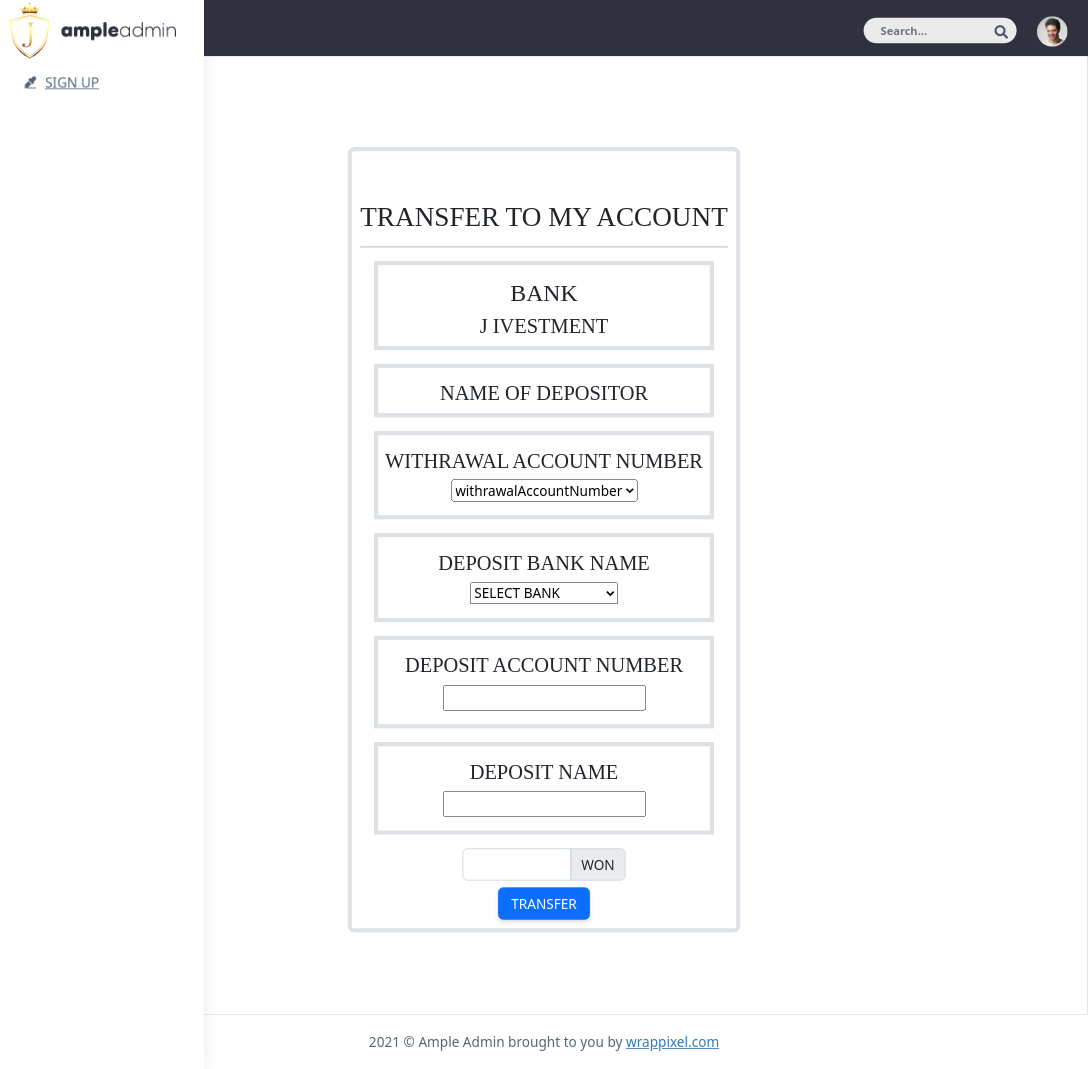
Repository: chopilyeon/HanaOpenBanking
Page: http://localhost/OpenBanking/jsp/bank/transferToOtherAccount.jsp
These files come from the project's save history. The page is drawn as it stood at one moment and after the next save; the edit follows.
The browser window is 1280 px wide. The pictures show the whole page, at 85% of full size.
Some web fonts or font styles are not loaded; a fallback is used. The page is served by Tomcat 9. Other server files are loaded and not shown.

Above is the page before, as saved 2022-07-19 00:13:19.
Console error: TypeError: Cannot read properties of null (reading 'querySelector')

### OpenBanking/src/main/webapp/jsp/bank/transferToOtherAccount.jsp
<%@ page language="java" contentType="text/html; charset=UTF-8"
    pageEncoding="UTF-8"%>
<%@ taglib prefix="c" uri="http://java.sun.com/jsp/jstl/core" %>
<!DOCTYPE html>
<html>
<head>
<meta charset="utf-8">
    <meta http-equiv="X-UA-Compatible" content="IE=edge">
    <!-- Tell the browser to be responsive to screen width -->
    <meta name="viewport" content="width=device-width, initial-scale=1">
    <meta name="keywords"
        content="wrappixel, admin dashboard, html css dashboard, web dashboard, bootstrap 5 admin, bootstrap 5, css3 dashboard, bootstrap 5 dashboard, Ample lite admin bootstrap 5 dashboard, frontend, responsive bootstrap 5 admin template, Ample admin lite dashboard bootstrap 5 dashboard template">
    <meta name="description"
        content="Ample Admin Lite is powerful and clean admin dashboard template, inpired from Bootstrap Framework">
    <meta name="robots" content="noindex,nofollow">
    <title>J investment bank</title>
    <link rel="canonical" href="https://www.wrappixel.com/templates/ample-admin-lite/" />
    <!-- Favicon icon -->
    <link rel="icon" type="image/png" sizes="16x16" href="/OpenBanking/resources/images/favicon.png">
    <!-- Custom CSS -->
    <link href="/OpenBanking/resources/css/chartist.min.css" rel="stylesheet">
    <link rel="stylesheet" href="/OpenBanking/resources/css/chartist-plugin-tooltip.css">
    <!-- Custom CSS -->
    <link href="/OpenBanking/resources/css/style.min.css" rel="stylesheet">
    <link href="/OpenBanking/resources/css/onlyForMe.css" rel="stylesheet">
    <!-- CSS only -->
    <link href="https://cdn.jsdelivr.net/npm/bootstrap@5.2.0-beta1/dist/css/bootstrap.min.css" rel="stylesheet" integrity="sha384-0evHe/X+R7YkIZDRvuzKMRqM+OrBnVFBL6DOitfPri4tjfHxaWutUpFmBp4vmVor" crossorigin="anonymous">



<!-- JavaScript Bundle with Popper -->
<script src="https://cdn.jsdelivr.net/npm/bootstrap@5.2.0-beta1/dist/js/bootstrap.bundle.min.js" integrity="sha384-pprn3073KE6tl6bjs2QrFaJGz5/SUsLqktiwsUTF55Jfv3qYSDhgCecCxMW52nD2" crossorigin="anonymous"></script>

 <!-- FONT -->
<link rel="preconnect" href="https://fonts.googleapis.com">
<link rel="preconnect" href="https://fonts.gstatic.com" crossorigin>
<link href="https://fonts.googleapis.com/css2?family=Libre+Baskerville:ital@1&display=swap" rel="stylesheet">

</head>
<body>


	<jsp:include page="/jsp/include/topAndSide.jsp" />

	<section>


<form class="border">
<input type="hidden" name ="withrawalName" value="${userVO.name}">
	<div class="social-box m-5 p-5">
	    <div class="container  d-flex justify-content-center">
	     	<div class="row">
			    <div class="col-lg-12 col-xs-12 text-center">
					<div class="box border border-5 rounded-3 mt-3">
	                    <i class="fa fa-behance fa-3x" aria-hidden="true"></i>
						<div class="box-title">
							<h2>TRANSFER TO MY ACCOUNT</h2>
						</div>
						<hr>
						<div class="box-text m-3 border">
						<h3 class="mt-3">BANK</h3>
							<h4 >J IVESTMENT</h4>
						</div>
						<div class="box-text m-3 border">
						<h4 class="mt-3">NAME OF DEPOSITOR </h4>
							<h4>${userVO.name}</h4>
						</div>
						<div class="box-text m-3 border">
							<h4 class="mt-3">WITHRAWAL ACCOUNT NUMBER</h4>
							<select class="mb-3" name="withrawalAccountNumber">
								<option value="none">withrawalAccountNumber</option>
								<c:forEach items="${ bankList}" var="bankList">
									<c:choose>
										<c:when test="${userVO.openBanking eq 'Y'}">
											<option value="${bankList.accountNumber}">[${bankList.bankName}] ${bankList.accountNumber}</option>
										</c:when>
										<c:otherwise>
											<c:if test="${bankList.bankName eq 'J INVESTMENT BANK' }">
											<option value="${bankList.accountNumber}">[${bankList.bankName}] ${bankList.accountNumber}</option>
											</c:if>
										</c:otherwise>
									</c:choose>
								</c:forEach>
							</select>
						</div>
						<div class="box-text m-3 border">
						<h4 class="mt-3">DEPOSIT BANK NAME</h4>
							<select class="mb-3" name="depositBankName form-select">
								<option value="none">SELECT BANK</option>
								<option value="BYUNGKWAN_BANK">BYUNGKWAN_BANK</option>
								<option value="JUNGBIN_BANK">JUNGBIN_BANK</option>
								<option value="JIHUN_BANK">JIHUN_BANK</option>
							</select>
						</div>
						<div class="box-text m-3 border">
						<h4 class="mt-3">DEPOSIT ACCOUNT NUMBER</h4>
							<input type="text" name="depositAccountNumber" class="mb-3" >
						</div>
						<div class="box-text m-3 border">
						<h4 class="mt-3">DEPOSIT NAME</h4>
							<input type="text" name="depositName" class="mb-3" >
						</div>

						<div class="input-group container w-50">
 							 <input type="number" name="tranAmount" class="form-control" aria-label="Dollar amount (with dot and two decimal places)">
  							 <span class="input-group-text">WON</span>

						</div>
						<button type="SUBMIT" class="btn btn-primary mt-2 w-25">TRANSFER</button>

					</div>
				</div>
			</div>
		</div>
	</div>
</form>
















	</section>








	<jsp:include page="/jsp/include/footer.jsp" />









 <script src="/OpenBanking/resources/js/jquery.min.js"></script>
    <!-- Bootstrap tether Core JavaScript -->
    <script src="/OpenBanking/resources/js/bootstrap.bundle.min.js"></script>
    <script src="/OpenBanking/resources/js/app-style-switcher.js"></script>
    <script src="/OpenBanking/resources/js/jquery.sparkline.min.js"></script>
    <!--Wave Effects -->
    <script src="/OpenBanking/resources/js/waves.js"></script>
    <!--Menu sidebar -->
    <script src="/OpenBanking/resources/js/sidebarmenu.js"></script>
    <!--Custom JavaScript -->
    <script src="/OpenBanking/resources/js/custom.js"></script>
    <!--This page JavaScript -->
    <!--chartis chart-->
    <script src="/OpenBanking/resources/js/chartist.min.js"></script>
    <script src="/OpenBanking/resources/js/chartist-plugin-tooltip.min.js"></script>
    <script src="/OpenBanking/resources/js/dashboard1.js"></script>




</body>
</html>

### OpenBanking/src/main/webapp/jsp/include/topAndSide.jsp
<%@ page language="java" contentType="text/html; charset=UTF-8"
    pageEncoding="UTF-8"%>
<%@ taglib prefix="c" uri="http://java.sun.com/jsp/jstl/core" %>

  <!-- ============================================================== -->
    <!-- Preloader - style you can find in spinners.css -->
    <!-- ============================================================== -->
    <div class="preloader">
        <div class="lds-ripple">
            <div class="lds-pos"></div>
            <div class="lds-pos"></div>
        </div>
    </div>
    <!-- ============================================================== -->
    <!-- Main wrapper - style you can find in pages.scss -->
    <!-- ============================================================== -->
    <div id="main-wrapper" data-layout="vertical" data-navbarbg="skin5" data-sidebartype="full"
        data-sidebar-position="absolute" data-header-position="absolute" data-boxed-layout="full">
        <!-- ============================================================== -->
        <!-- Topbar header - style you can find in pages.scss -->
        <!-- ============================================================== -->
        <header class="topbar" data-navbarbg="skin5">
            <nav class="navbar top-navbar navbar-expand-md navbar-dark">
                <div class="navbar-header" data-logobg="skin6">
                    <!-- ============================================================== -->
                    <!-- Logo -->
                    <!-- ============================================================== -->
                    <a class="navbar-brand" href="${pageContext.request.contextPath}/welcome.do">
                        <!-- Logo icon -->
                        <b class="logo-icon">
                            <!-- Dark Logo icon -->
                            <img src="/OpenBanking/resources/images/J_LOGO.png" alt="homepage" width="50" class="rounded mx-auto d-block">
                        </b>
                        <!--End Logo icon -->
                        <!-- Logo text -->
                        <span class="logo-text">
                            <!-- dark Logo text -->
                            <img src="/OpenBanking/resources/images/logo-text.png" alt="homepage" />
                        </span>
                    </a>
                    <!-- ============================================================== -->
                    <!-- End Logo -->
                    <!-- ============================================================== -->
                    <!-- ============================================================== -->
                    <!-- toggle and nav items -->
                    <!-- ============================================================== -->
                    <a class="nav-toggler waves-effect waves-light text-dark d-block d-md-none"
                        href="javascript:void(0)"><i class="ti-menu ti-close"></i></a>
                </div>
                <!-- ============================================================== -->
                <!-- End Logo -->
                <!-- ============================================================== -->
                <div class="navbar-collapse collapse" id="navbarSupportedContent" data-navbarbg="skin5">

                    <!-- ============================================================== -->
                    <!-- Right side toggle and nav items -->
                    <!-- ============================================================== -->
                    <ul class="navbar-nav ms-auto d-flex align-items-center">

                        <!-- ============================================================== -->
                        <!-- Search -->
                        <!-- ============================================================== -->
                        <li class=" in">
                            <form role="search" class="app-search d-none d-md-block me-3">
                                <input type="text" placeholder="Search..." class="form-control mt-0">
                                <a href="#" class="active">
                                    <i class="fa fa-search"></i>
                                </a>
                            </form>
                        </li>
                        <!-- ============================================================== -->
                        <!-- User profile and search -->
                        <!-- ============================================================== -->
                        <li>
                            <a class="profile-pic" href="#">
                                <img src="/OpenBanking/resources/images/users/varun.jpg" alt="user-img" width="36"
                                    class="img-circle"><span class="text-white font-medium f-3">${userVO.id}</span></a>
                        </li>

                    <c:if test="${ not empty userVO }">
                        <li>
                            <a href="${pageContext.request.contextPath}/logout.do">
                              <button type="button" class="btn btn-primary btn-sm m-2">LOGOUT</button>
                            </a>
                        </li>

                	 </c:if>
                        <!-- ============================================================== -->
                        <!-- User profile and search -->
                        <!-- ============================================================== -->
                    </ul>
                </div>
            </nav>
        </header>
        <!-- ============================================================== -->
        <!-- End Topbar header -->
        <!-- ============================================================== -->
        <!-- ============================================================== -->
        <!-- Left Sidebar - style you can find in sidebar.scss  -->
        <!-- ============================================================== -->
        <aside class="left-sidebar" data-sidebarbg="skin6">
            <!-- Sidebar scroll-->
            <div class="scroll-sidebar">
                <!-- Sidebar navigation-->

                <nav class="sidebar-nav navbar">
                    <ul id="sidebarnav">
                        <!-- User Profile-->
                        <c:if test="${userVO.openBanking eq 'Y' }">

                        	<li class="sidebar-item pt-2">
                            	<a class="sidebar-link waves-effect waves-dark sidebar-link" href="${pageContext.request.contextPath}/Member/DashBoard.do"
                                	aria-expanded="false">
                                		<i class="far fa-clock" aria-hidden="true"></i>
                                	<span class="hide-menu">ASSET STATUS</span>
                            	</a>
                        	</li>
                        </c:if>


              	 		<c:choose>
							<c:when test="${ not empty userVO }">

                        <li class="sidebar-item">
                            <a class="sidebar-link waves-effect waves-dark sidebar-link" href="${pageContext.request.contextPath}/Member/checkInfo.do"
                                aria-expanded="false">
                                <i class="fa fa-user" aria-hidden="true"></i>
                                <span class="hide-menu">MEMBER INFO</span>
                            </a>
                        </li>



                         <li class="sidebar-item">
                            <a class="sidebar-link waves-effect waves-dark sidebar-link" href="${pageContext.request.contextPath}/bank/openBank.do"
                                aria-expanded="false">
                                <i class="fa fa-globe" aria-hidden="true"></i>
                                <span class="hide-menu">BANK SERVICE</span>
                            </a>
                        </li>




                        <li class="sidebar-item">
                            <a class="sidebar-link waves-effect waves-dark sidebar-link" href="#"
                                aria-expanded="false">
                                <i class="fas fa-eye-dropper" aria-hidden="true"></i>
                                <span class="hide-menu">Q&A</span>
                            </a>
                        </li>
                        <li class="sidebar-item">
                            <a class="sidebar-link waves-effect waves-dark sidebar-link" href="${pageContext.request.contextPath}/map.do"
                                aria-expanded="false">
                                <i class="fa fa-columns" aria-hidden="true"></i>
                                <span class="hide-menu">MAP</span>
                            </a>
                        </li>


    					 </c:when>
          					<c:otherwise>

                        <li class="sidebar-item">
                            <a class="sidebar-link waves-effect waves-dark sidebar-link" href="${pageContext.request.contextPath}/login.do"
                                aria-expanded="false">
                                <i class=" fas fa-eye-dropper" aria-hidden="true"></i>
                                <span class="hide-menu">SIGN UP</span>
                            </a>
                        </li>
              			</c:otherwise>
         			</c:choose>

                    </ul>

                </nav>
                <!-- End Sidebar navigation -->
            </div>
            <!-- End Sidebar scroll-->
        </aside>
        <!-- ============================================================== -->
        <!-- End Left Sidebar - style you can find in sidebar.scss  -->
        <!-- ============================================================== -->
        <!-- ============================================================== -->
        <!-- Page wrapper  -->
        <!-- ============================================================== -->

### OpenBanking/src/main/webapp/jsp/include/footer.jsp
<%@ page language="java" contentType="text/html; charset=UTF-8"
    pageEncoding="UTF-8"%>
  <footer class="footer text-center">
  	2021 © Ample Admin brought to you by <a href="#">wrappixel.com</a>
  </footer>

### OpenBanking/src/main/webapp/resources/css/onlyForMe.css
@charset "UTF-8";

body,h2,h3,h4,h5{
	font-family: 'Libre Baskerville', serif;
}

.btn btn-primary{

	font-family: 'Libre Baskerville', serif;

}

h3,p{

	font-family: 'Libre Baskerville', serif;

}





.onlyfor{
	background:url('../images/city.jpg');
	background-size:cover;

}




.onlyfor1{
	background:url('../images/river.jpg');
	background-size:cover;

}




section{
	min-height:800px;

}

.carousel-item{
	height:900px;
}



.carousel-image-1{
	background:url('/OpenBanking/resources/images/city1.jpg');
	background-size:cover;
}

.carousel-image-2{
		background:url('/OpenBanking/resources/images/picture2.jpg');
		background-size:cover;
}

.carousel-image-3{

		background:url('/OpenBanking/resources/images/coffee.jpg');
		background-size:cover;
}



.highcharts-figure,
.highcharts-data-table table {
  min-width: 360px;
  max-width: 800px;
  margin: 1em auto;
}

.highcharts-data-table table {
  font-family: Verdana, sans-serif;
  border-collapse: collapse;
  border: 1px solid #ebebeb;
  margin: 10px auto;
  text-align: center;
  width: 100%;
  max-width: 500px;
}

.highcharts-data-table caption {
  padding: 1em 0;
  font-size: 1.2em;
  color: #555;
}

.highcharts-data-table th {
  font-weight: 600;
  padding: 0.5em;
}

.highcharts-data-table td,
.highcharts-data-table th,
.highcharts-data-table caption {
  padding: 0.5em;
}

.highcharts-data-table thead tr,
.highcharts-data-table tr:nth-child(even) {
  background: #f8f8f8;
}

.highcharts-data-table tr:hover {
  background: #f1f7ff;
}

### OpenBanking/src/main/webapp/resources/js/sidebarmenu.js
/*
Template Name: Admin Template
Author: Wrappixel

File: js
*/
// ==============================================================
// Auto select left navbar
// ==============================================================
$(function() {
    "use strict";
     var url = window.location + "";
        var path = url.replace(window.location.protocol + "//" + window.location.host + "/", "");
        var element = $('ul#sidebarnav a').filter(function() {
            return this.href === url || this.href === path;// || url.href.indexOf(this.href) === 0;
        });
        element.parentsUntil(".sidebar-nav").each(function (index)
        {
            if($(this).is("li") && $(this).children("a").length !== 0)
            {
                $(this).children("a").addClass("active");
                $(this).parent("ul#sidebarnav").length === 0
                    ? $(this).addClass("active")
                    : $(this).addClass("selected");
            }
            else if(!$(this).is("ul") && $(this).children("a").length === 0)
            {
                $(this).addClass("selected");

            }
            else if($(this).is("ul")){
                $(this).addClass('in');
            }

        });

    element.addClass("active");
    $('#sidebarnav a').on('click', function (e) {

            if (!$(this).hasClass("active")) {
                // hide any open menus and remove all other classes
                $("ul", $(this).parents("ul:first")).removeClass("in");
                $("a", $(this).parents("ul:first")).removeClass("active");

                // open our new menu and add the open class
                $(this).next("ul").addClass("in");
                $(this).addClass("active");

            }
            else if ($(this).hasClass("active")) {
                $(this).removeClass("active");
                $(this).parents("ul:first").removeClass("active");
                $(this).next("ul").removeClass("in");
            }
    })
    $('#sidebarnav >li >a.has-arrow').on('click', function (e) {
        e.preventDefault();
    });

});

### OpenBanking/src/main/webapp/resources/js/custom.js
$(function() {
    "use strict";

    $(".preloader").fadeOut();
    // this is for close icon when navigation open in mobile view
    $(".nav-toggler").on('click', function() {
        $("#main-wrapper").toggleClass("show-sidebar");
        $(".nav-toggler i").toggleClass("ti-menu");
    });
    $(".search-box a, .search-box .app-search .srh-btn").on('click', function() {
        $(".app-search").toggle(200);
        $(".app-search input").focus();
    });

    // ==============================================================
    // Resize all elements
    // ==============================================================
    $("body, .page-wrapper").trigger("resize");
    $(".page-wrapper").delay(20).show();

    //****************************
    /* This is for the mini-sidebar if width is less then 1170*/
    //****************************
    var setsidebartype = function() {
        var width = (window.innerWidth > 0) ? window.innerWidth : this.screen.width;
        if (width < 1170) {
            $("#main-wrapper").attr("data-sidebartype", "mini-sidebar");
        } else {
            $("#main-wrapper").attr("data-sidebartype", "full");
        }
    };
    $(window).ready(setsidebartype);
    $(window).on("resize", setsidebartype);

});

Loaded but not shown: OpenBanking/src/main/webapp/resources/css/chartist.min.css (library); OpenBanking/src/main/webapp/resources/css/chartist-plugin-tooltip.css (common file); OpenBanking/src/main/webapp/resources/css/style.min.css (library); OpenBanking/src/main/webapp/resources/css/icons/font-awesome/css/fontawesome-all.min.css (library); OpenBanking/src/main/webapp/resources/css/icons/themify-icons/themify-icons.css (common file); OpenBanking/src/main/webapp/resources/js/jquery.min.js (library); OpenBanking/src/main/webapp/resources/js/bootstrap.bundle.min.js (library); OpenBanking/src/main/webapp/resources/js/app-style-switcher.js (common file); OpenBanking/src/main/webapp/resources/js/jquery.sparkline.min.js (library); OpenBanking/src/main/webapp/resources/js/waves.js (library); OpenBanking/src/main/webapp/resources/js/chartist.min.js (library); OpenBanking/src/main/webapp/resources/js/chartist-plugin-tooltip.min.js (library); OpenBanking/src/main/webapp/resources/js/dashboard1.js (79 lines, source omitted)

After the next save:
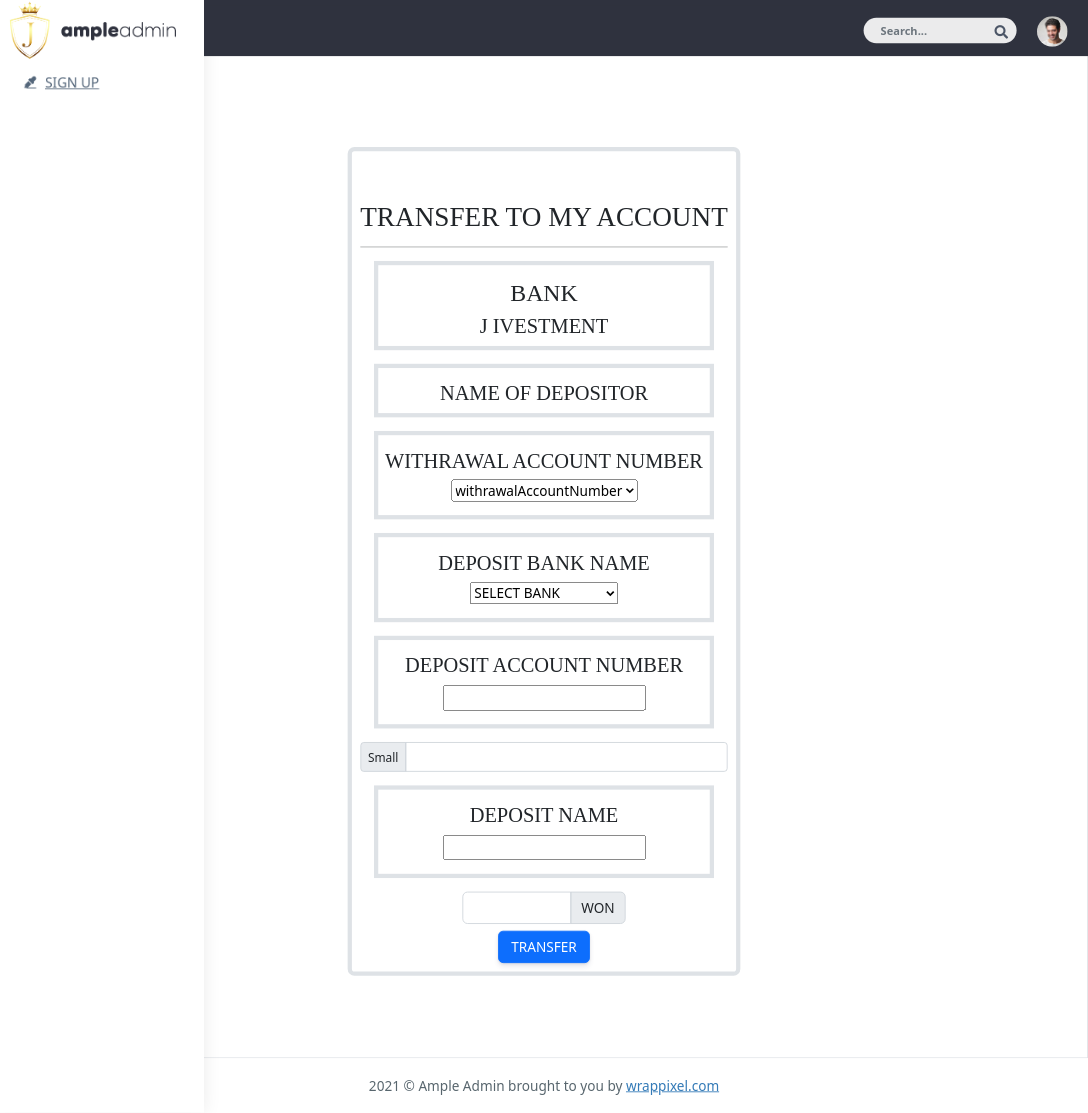
Saved 86 s later.
--- a/OpenBanking/src/main/webapp/jsp/bank/transferToOtherAccount.jsp
+++ b/OpenBanking/src/main/webapp/jsp/bank/transferToOtherAccount.jsp
@@ -96,6 +96,14 @@
 						<h4 class="mt-3">DEPOSIT ACCOUNT NUMBER</h4>
 							<input type="text" name="depositAccountNumber" class="mb-3" >
 						</div>
+
+						<div class="input-group input-group-sm mb-3">
+						  <span class="input-group-text" id="inputGroup-sizing-sm">Small</span>
+  						  <input type="text" class="form-control" aria-label="Sizing example input" aria-describedby="inputGroup-sizing-sm">
+						</div>
+
+
+
 						<div class="box-text m-3 border">
 						<h4 class="mt-3">DEPOSIT NAME</h4>
 							<input type="text" name="depositName" class="mb-3" >
